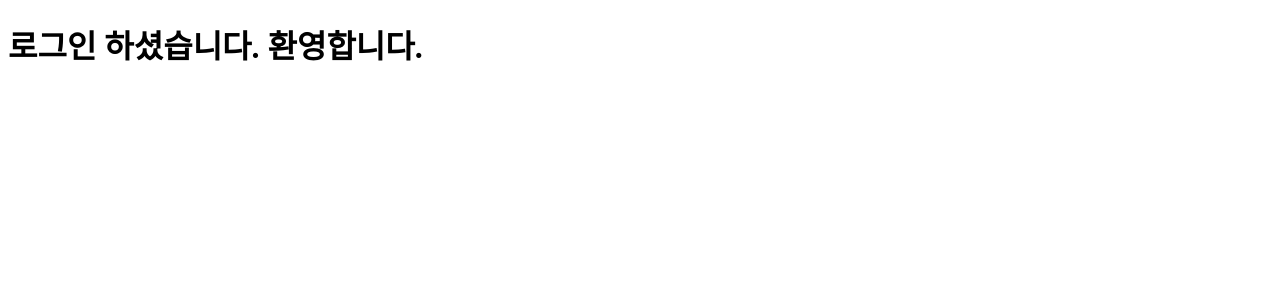
Repository: HeeMang28/jsp
Page: http://localhost/JSPBasic/jspobject/cookie/login_ok.jsp
These files come from the project's save history. The page is drawn as it stood at one moment and after the next save; the edit follows.
The browser window is 1280 px wide. The pictures show the whole page.
The page is served by Tomcat 9.

Above is the page before, as saved 2022-03-29 09:05:09.

After the next save:
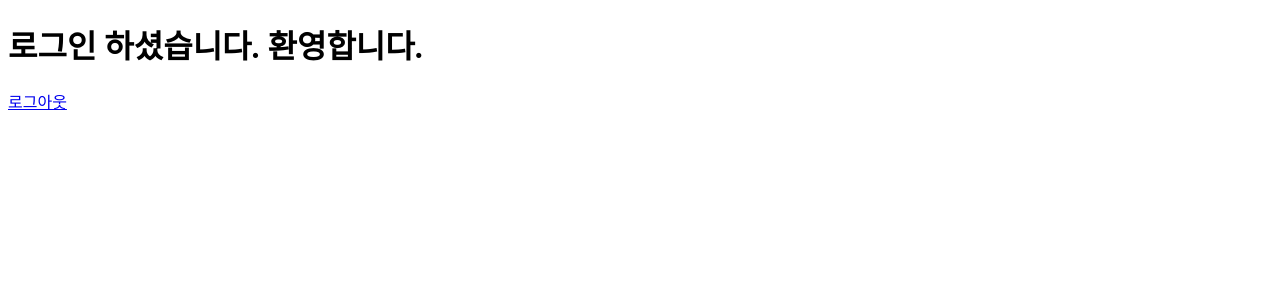
Saved 22 s later.
--- a/JSPBasic/src/main/webapp/jspobject/cookie/login_ok.jsp
+++ b/JSPBasic/src/main/webapp/jspobject/cookie/login_ok.jsp
@@ -1,5 +1,6 @@
 <%@ page language="java" contentType="text/html; charset=UTF-8"
     pageEncoding="UTF-8"%>
+<% %>
 <!DOCTYPE html>
 <html>
 <head>
@@ -8,6 +9,6 @@
 </head>
 <body>
 	<h1>로그인 하셨습니다. 환영합니다.</h1>
-	<a href=
+	<a href="http://localhost:8181/JSPBasic/jspobject/cookie/cookie_login.jsp">로그아웃</a>
 </body>
 </html>
